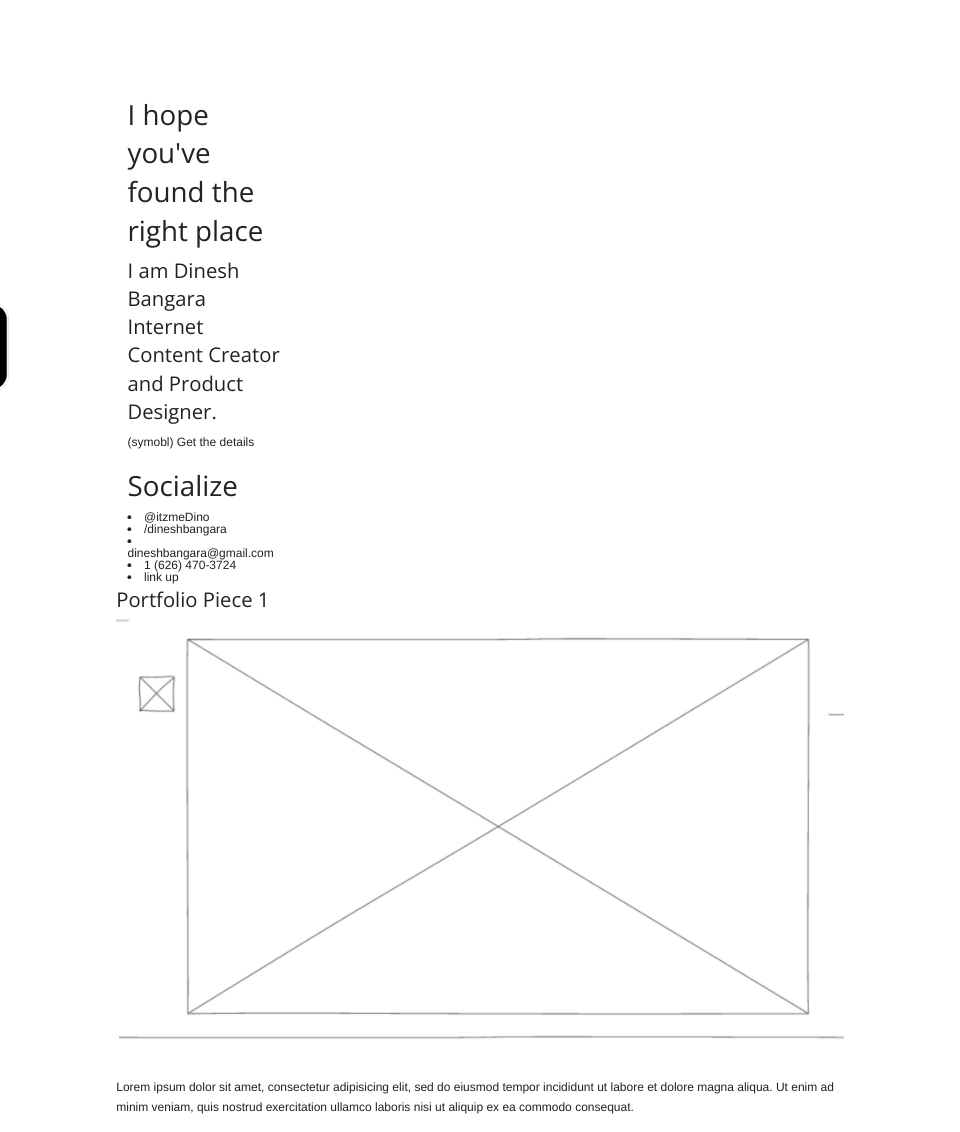
Repository: dineshb/HTML5_Portfolio
Page: Basic/index.html
The author's editor kept a copy of each file at every save. The page is drawn from the files as they stood at one save, then again after the next save.
The browser window is 1280 px wide. The pictures show the whole page, at 75% of full size.

Above is the page before, as saved 2013-11-22 05:03:25.
Console error (its wording comes from the project's code and is left out).

### Basic/index.html
<!DOCTYPE html>
<!--[if IE 8]> 				 <html class="no-js lt-ie9" lang="en" > <![endif]-->
<!--[if gt IE 8]><!--> <html class="no-js" lang="en" > <!--<![endif]-->
<link rel="shortcut icon" href="favicon.ico" type="image/x-icon" />
<head>
	<meta charset="utf-8">
  <meta name="viewport" content="width=device-width">
  <title>Dinesh Bangara - Content Producer and Designer</title>
  <link rel="stylesheet" href="css/foundation.css">
  <link rel="stylesheet" href="css/foundation.min.css">
  <link rel="stylesheet" href="css/main.css">
  <link rel="stylesheet" href="css/normalize.css">
  <script src="js/vendor/custom.modernizr.js"></script>
  <script src="/js/vendor/jquery.js"></script>
<script src="/js/foundation/foundation.min.js"></script>
<script>
  $(document).foundation();
</script>
</head>
<body>
<nav style="visibility: hidden;">
	<ul>
	<li>
		<a href="#about" id "about_icon" class>
		<span class="icon-about"></span></a>
	</li>
	<li><a href="#top" id "top_icon" class>
		<span class="icon-top"></span></a>
	</li>
	<li><a href="#up" id "up_icon" class>
		<span class="icon-up"></span></a>
	</li>
	<li><a href="#down" id "down_icon" class>
		<span class="icon-down"></span></a>
	</li>
	</ul>
</nav>
<div class="About Dropdown">
	<div class="row">
		<div class="large-6 columns">
<div class="close-reveal-modal">
			<strong class="show-for-medium-up">
			<img class="logo" src="img/About192.png"/>
			</strong>
			<strong class="show-for-small-only">
			<img class="logo" src="img/About96.png"/>
			</strong>
			</div>

			<div class="large-6 columns">
			<h2>I hope you've found the right place</h2>
			<h3>I am Dinesh Bangara Internet Content Creator and Product Designer.</h3>
			<p>(symobl) Get the details</p>
			<h2>Socialize</h2>
			<li>@itzmeDino</li>
			<li>/dineshbangara</li>
			<li>dineshbangara@gmail.com</li>
			<li>1  (626) 470-3724</li>
			<li> link up</li>
			</div>
			</div>
	</div>
</div>




	<div class="row">
		<div class="large-12 columns">
			<h3>Portfolio Piece 1</h3>
		</div>
	</div>
	<div class="row">
		<div class="large-12 columns">
			<img src="img/peace.png" title="Portfolio 1 Test">
			<p> Lorem ipsum dolor sit amet, consectetur adipisicing elit, sed do eiusmod tempor incididunt ut labore et dolore magna aliqua. Ut enim ad minim veniam, quis nostrud exercitation ullamco laboris nisi ut aliquip ex ea commodo consequat. </p>
		</div>
	</div>





  <script>
  document.write('<script src=' +
  ('__proto__' in {} ? 'js/vendor/zepto' : 'js/vendor/jquery') +
  '.js><\/script>')
  </script>

  <script src="js/foundation.min.js"></script>
  <!--

  <script src="js/foundation/foundation.js"></script>

  <script src="js/foundation/foundation.alerts.js"></script>

  <script src="js/foundation/foundation.clearing.js"></script>

  <script src="js/foundation/foundation.cookie.js"></script>

  <script src="js/foundation/foundation.dropdown.js"></script>

  <script src="js/foundation/foundation.forms.js"></script>

  <script src="js/foundation/foundation.joyride.js"></script>

  <script src="js/foundation/foundation.magellan.js"></script>

  <script src="js/foundation/foundation.orbit.js"></script>

  <script src="js/foundation/foundation.reveal.js"></script>

  <script src="js/foundation/foundation.section.js"></script>

  <script src="js/foundation/foundation.tooltips.js"></script>

  <script src="js/foundation/foundation.topbar.js"></script>

  <script src="js/foundation/foundation.interchange.js"></script>

  <script src="js/foundation/foundation.placeholder.js"></script>

  <script src="js/foundation/foundation.abide.js"></script>

  -->
  <script>
    $(document).foundation();
  </script>
</body>
</html>

### Basic/css/main.css
/*! HTML5 Boilerplate v4.3.0 | MIT License | http://h5bp.com/ */

/*
 * What follows is the result of much research on cross-browser styling.
 * Credit left inline and big thanks to Nicolas Gallagher, Jonathan Neal,
 * Kroc Camen, and the H5BP dev community and team.
 */

/* ==========================================================================
   Base styles: opinionated defaults
   ========================================================================== */

html,
button,
input,
select,
textarea {
    color: #222;
}

html {
    font-size: 1em;
    line-height: 1.4;
}

/*
 * Remove text-shadow in selection highlight: h5bp.com/i
 * These selection rule sets have to be separate.
 * Customize the background color to match your design.
 */

::-moz-selection {
    background: #b3d4fc;
    text-shadow: none;
}

::selection {
    background: #b3d4fc;
    text-shadow: none;
}

/*
 * A better looking default horizontal rule
 */

hr {
    display: block;
    height: 1px;
    border: 0;
    border-top: 1px solid #ccc;
    margin: 1em 0;
    padding: 0;
}

/*
 * Remove the gap between images, videos, audio and canvas and the bottom of
 * their containers: h5bp.com/i/440
 */

audio,
canvas,
img,
svg,
video {
    vertical-align: middle;
}

/*
 * Remove default fieldset styles.
 */

fieldset {
    border: 0;
    margin: 0;
    padding: 0;
}

/*
 * Allow only vertical resizing of textareas.
 */

textarea {
    resize: vertical;
}

/* ==========================================================================
   Browse Happy prompt
   ========================================================================== */

.browsehappy {
    margin: 0.2em 0;
    background: #ccc;
    color: #000;
    padding: 0.2em 0;
}

/* ==========================================================================
   Author's custom styles
   ========================================================================== */

img.logo {


  	width:25%;
	position: absolute;
	top: 50%;
	left: 50%;
	margin-left: -500px;
	margin-top: -50px;
}














/* ==========================================================================
   Helper classes
   ========================================================================== */

/*
 * Hide from both screenreaders and browsers: h5bp.com/u
 */

.hidden {
    display: none !important;
    visibility: hidden;
}

/*
 * Hide only visually, but have it available for screenreaders: h5bp.com/v
 */

.visuallyhidden {
    border: 0;
    clip: rect(0 0 0 0);
    height: 1px;
    margin: -1px;
    overflow: hidden;
    padding: 0;
    position: absolute;
    width: 1px;
}

/*
 * Extends the .visuallyhidden class to allow the element to be focusable
 * when navigated to via the keyboard: h5bp.com/p
 */

.visuallyhidden.focusable:active,
.visuallyhidden.focusable:focus {
    clip: auto;
    height: auto;
    margin: 0;
    overflow: visible;
    position: static;
    width: auto;
}

/*
 * Hide visually and from screenreaders, but maintain layout
 */

.invisible {
    visibility: hidden;
}

/*
 * Clearfix: contain floats
 *
 * For modern browsers
 * 1. The space content is one way to avoid an Opera bug when the
 *    `contenteditable` attribute is included anywhere else in the document.
 *    Otherwise it causes space to appear at the top and bottom of elements
 *    that receive the `clearfix` class.
 * 2. The use of `table` rather than `block` is only necessary if using
 *    `:before` to contain the top-margins of child elements.
 */

.clearfix:before,
.clearfix:after {
    content: " "; /* 1 */
    display: table; /* 2 */
}

.clearfix:after {
    clear: both;
}

/* ==========================================================================
   EXAMPLE Media Queries for Responsive Design.
   These examples override the primary ('mobile first') styles.
   Modify as content requires.
   ========================================================================== */

@media only screen and (min-width: 35em) {
    /* Style adjustments for viewports that meet the condition */
}

@media print,
       (-o-min-device-pixel-ratio: 5/4),
       (-webkit-min-device-pixel-ratio: 1.25),
       (min-resolution: 120dpi) {
    /* Style adjustments for high resolution devices */
}

/* ==========================================================================
   Print styles.
   Inlined to avoid required HTTP connection: h5bp.com/r
   ========================================================================== */

@media print {
    * {
        background: transparent !important;
        color: #000 !important; /* Black prints faster: h5bp.com/s */
        box-shadow: none !important;
        text-shadow: none !important;
    }

    a,
    a:visited {
        text-decoration: underline;
    }

    a[href]:after {
        content: " (" attr(href) ")";
    }

    abbr[title]:after {
        content: " (" attr(title) ")";
    }

    /*
     * Don't show links for images, or javascript/internal links
     */

    a[href^="javascript:"]:after,
    a[href^="#"]:after {
        content: "";
    }

    pre,
    blockquote {
        border: 1px solid #999;
        page-break-inside: avoid;
    }

    thead {
        display: table-header-group; /* h5bp.com/t */
    }

    tr,
    img {
        page-break-inside: avoid;
    }

    img {
        max-width: 100% !important;
    }

    @page {
        margin: 0.5cm;
    }

    p,
    h2,
    h3 {
        orphans: 3;
        widows: 3;
    }

    h2,
    h3 {
        page-break-after: avoid;
    }
}

Loaded but not shown: Basic/css/foundation.min.css (library); Basic/css/normalize.css (library); Basic/js/vendor/custom.modernizr.js (library); Basic/js/vendor/jquery.js (library); Basic/js/foundation.min.js (library); Basic/js/vendor/zepto.js (library); Basic/css/foundation.css (5317 lines, source omitted)

After the next save:
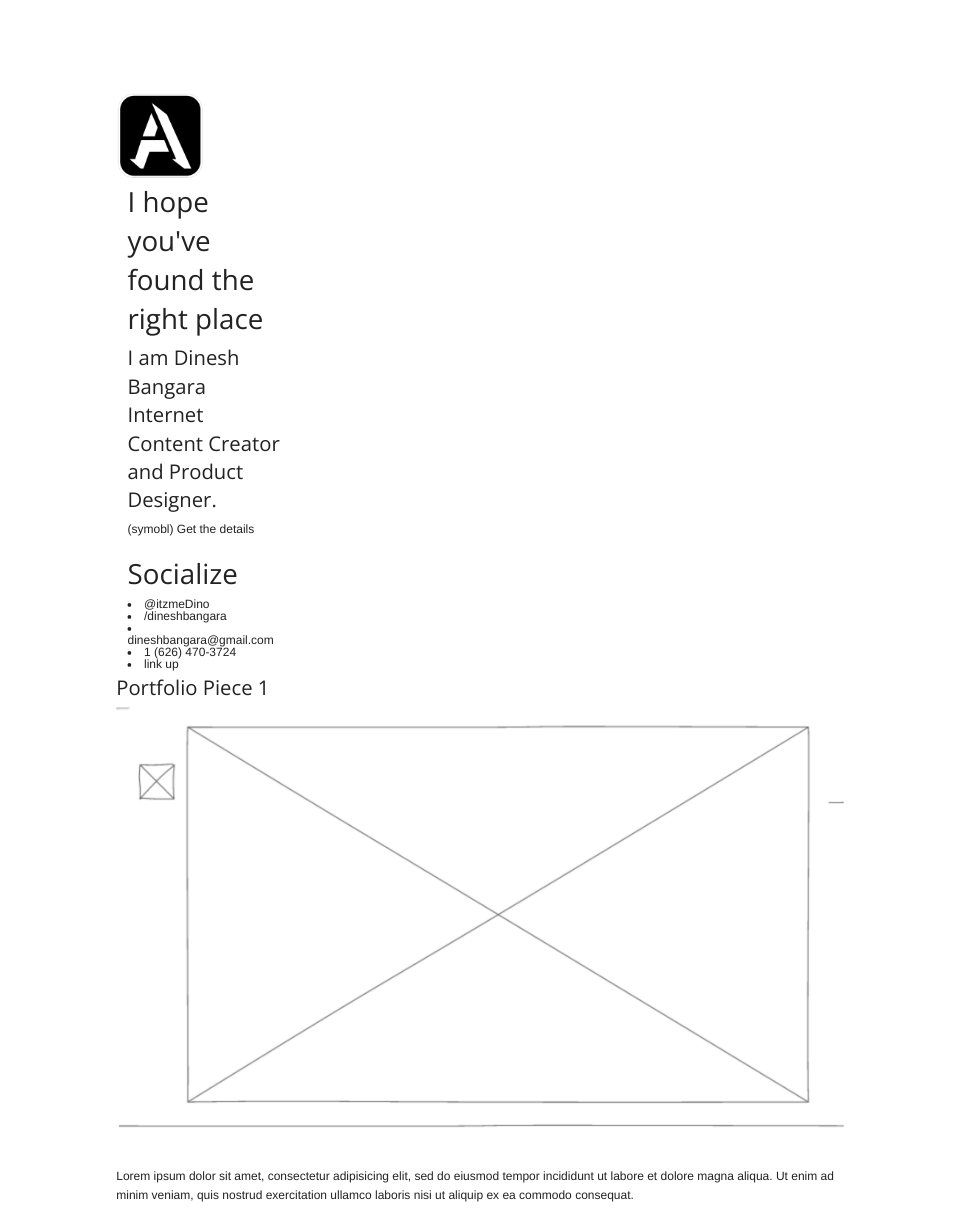
Saved 22 s later.
--- a/Basic/css/main.css
+++ b/Basic/css/main.css
@@ -102,11 +102,7 @@
 
 
   	width:25%;
-	position: absolute;
-	top: 50%;
-	left: 50%;
-	margin-left: -500px;
-	margin-top: -50px;
+
 }
 
 
